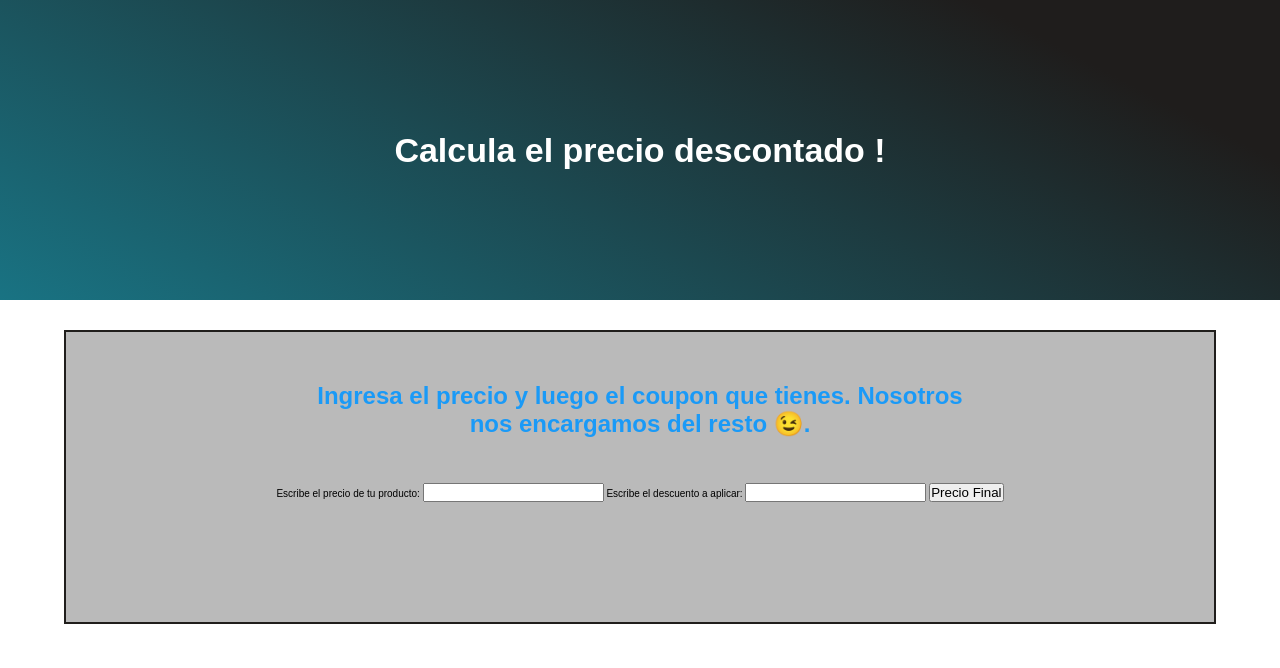
Repository: ChristianGecchelin/javascript-project
Page: javascript-project/descuentos y porcentajes/descuentos.html
These files come from the project's save history. The page is drawn as it stood at one moment and after the next save; the edit follows.
The browser window is 1280 px wide. The pictures show the whole page.

Above is the page before, as saved 2021-12-05 18:22:33.

After the next save:
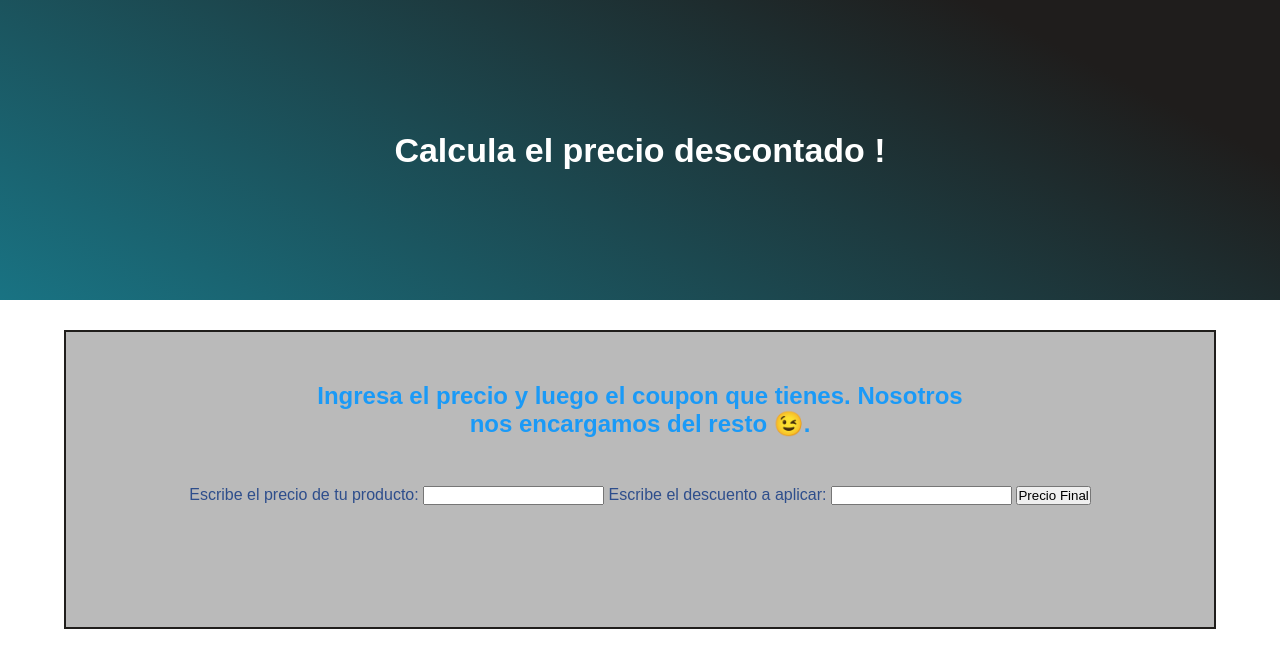
Saved 36 s later.
--- a/javascript-project/descuentos y porcentajes/style.css
+++ b/javascript-project/descuentos y porcentajes/style.css
@@ -72,3 +72,10 @@ header .header--title-container h1 {
   height: auto;
   padding: 20px 20px;
 }
+.title-container .container-form {
+  display: block;
+  font-size: 1.6rem;
+  font-weight: 500;
+  line-height: 2.4rem;
+  color: rgba(34, 68, 136, 0.92);
+}
